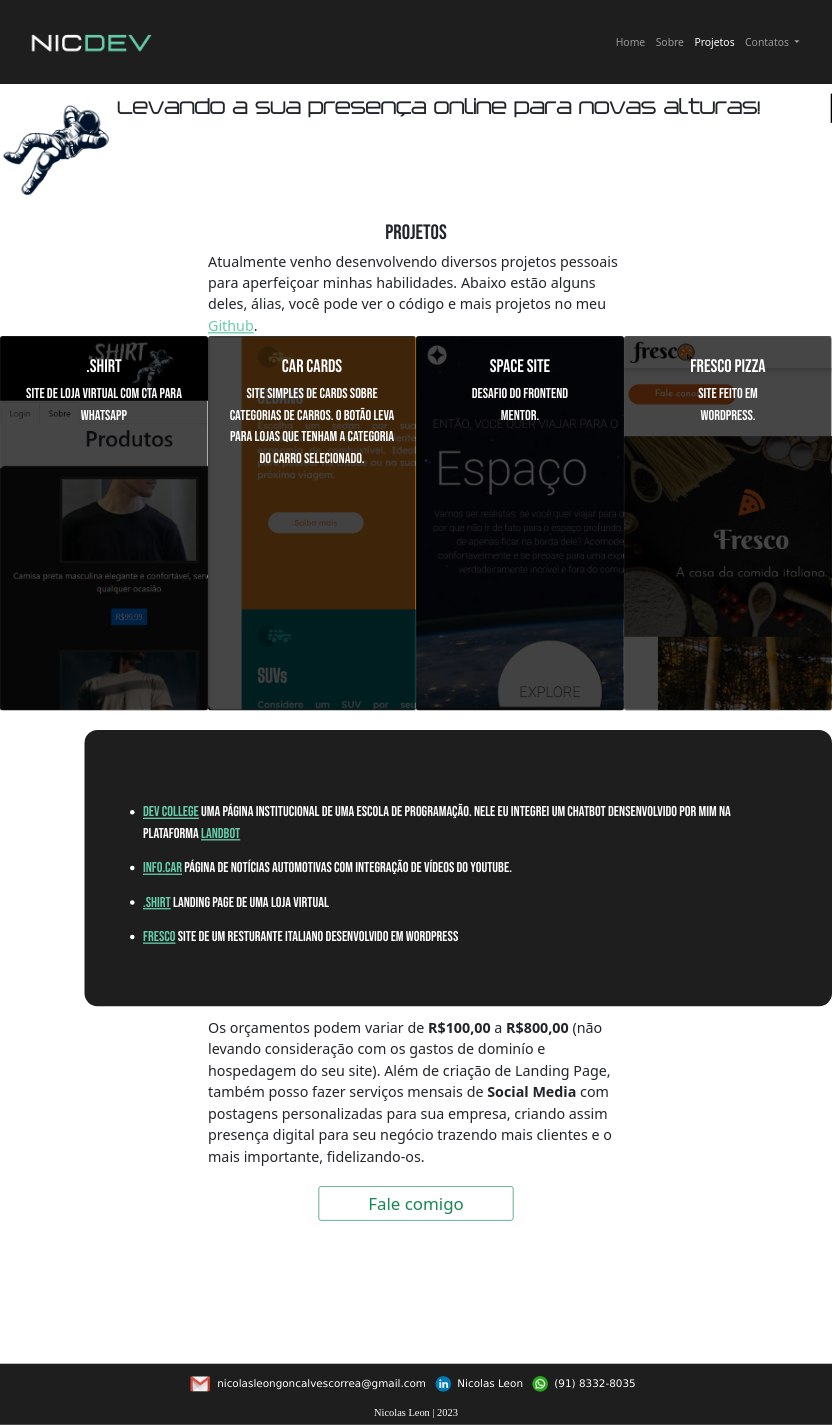
Repository: Leonngc/nicdev
Page: projects.html
The author's editor kept a copy of each file at every save. The page is drawn from the files as they stood at one save, then again after a run of saves.
The browser window is 1280 px wide. The pictures show the whole page, at 65% of full size.

Above is the page before, as saved 2023-06-04 23:13:15.

### projects.html
<!DOCTYPE html>
<html lang="pt-br">
  <head>
    <meta charset="UTF-8" />
    <meta http-equiv="X-UA-Compatible" content="IE=edge" />
    <meta name="viewport" content="width=device-width, initial-scale=1.0" />
    <title>nicdev - Projetos</title>
    <!-- Google tag (gtag.js) -->
<script async src="https://www.googletagmanager.com/gtag/js?id=G-E2XWESC90Y"></script>
<script>
  window.dataLayer = window.dataLayer || [];
  function gtag(){dataLayer.push(arguments);}
  gtag('js', new Date());

  gtag('config', 'G-E2XWESC90Y');
</script>
    <link
      href="https://cdn.jsdelivr.net/npm/bootstrap@5.0.2/dist/css/bootstrap.min.css"
      rel="stylesheet"
      integrity="sha384-EVSTQN3/azprG1Anm3QDgpJLIm9Nao0Yz1ztcQTwFspd3yD65VohhpuuCOmLASjC"
      crossorigin="anonymous"
    />

    <link rel="stylesheet" href="styles/scrollbar.css" />
    <link rel="stylesheet" href="styles/footer.css" />
    <link rel="stylesheet" href="styles/projects.css"/>
    ">
  </head>
  <body>
    <header style="background-color: #1e1e1e; padding: 30px" class="fixed-top">
      <nav class="navbar navbar-expand-lg navbar-dark">
        <div class="container-fluid">
          <a class="navbar-brand" href="index.html"
            ><img
              src="images/nicdev-logo.png"
              alt="logo da NicDev"
              style="width: 200px"
          /></a>
          <button
            class="navbar-toggler"
            type="button"
            data-bs-toggle="collapse"
            data-bs-target="#navbarNavDropdown"
            aria-controls="navbarNavDropdown"
            aria-expanded="false"
            aria-label="Toggle navigation"
          >
            <span class="navbar-toggler-icon"></span>
          </button>
          <div
            class="collapse navbar-collapse justify-content-end"
            id="navbarNavDropdown"
          >
            <ul class="navbar-nav">
              <li class="nav-item">
                <a class="nav-link" href="index.html" target="_parent">Home</a>
              </li>
              <li class="nav-item">
                <a class="nav-link" href="about.html" target="_parent">Sobre</a>
              </li>
              <li class="nav-item">
                <a class="nav-link active disabled" href="#">Projetos</a>
              </li>
              <li class="nav-item dropdown">
                <a
                  class="nav-link dropdown-toggle"
                  href="#"
                  id="navbarDropdownMenuLink"
                  role="button"
                  data-bs-toggle="dropdown"
                  aria-expanded="false"
                >
                  Contatos
                </a>
                <ul
                  class="dropdown-menu"
                  aria-labelledby="navbarDropdownMenuLink"
                >
                  <li>
                    <a class="dropdown-item" href="https://wa.me/91983328035"
                      >WhatsApp
                      <img src="images/whatsapp.png" alt="" class="redes-logo"
                    /></a>
                  </li>
                  <li>
                    <a class="dropdown-item" href="mailto:nicolasleongoncalvescorre@gmail.com?Subject=Interesse%20em%20um%20website&Body=Ola%2C%20vi%20seu%20site%20de%20portfolio%20e%20fiquei%20interessado%20em%20fazer%20um%20or%E7amento.%0A%0A---obs%28Retornarei%20seu%20email%20em%20ate%2030%20minutos%29"
                      >Email
                      <img src="images/gmail (1).png" alt="" class="redes-logo"
                    /></a>
                  </li>
                  <li>
                    <a class="dropdown-item" href="https://www.linkedin.com/in/nicolas-leon-70038921b/"
                      >Linkedin
                      <img src="images/linkedin.png" alt="" class="redes-logo"
                    /></a>
                  </li>
                </ul>
              </li>
            </ul>
          </div>
        </div>
      </nav>
    </header>

  <div class="slogan-container">
    <img src="images/astronauta.png" alt="" class="astronauta"> <p class="slogan">Levando a sua presença online para novas alturas!</p>
  </div>
    <main>
      <h2>Projetos</h2>

      <p>Atualmente venho desenvolvendo diversos projetos pessoais para aperfeiçoar minhas habilidades. Abaixo estão alguns deles, álias, você pode ver o código  e mais projetos no meu <a href="https://github.com/Leonngc" target="_blank">Github</a>.</p>


      <section class="cards-container">
        <div class="card" id="card-0">
          <div class="info-card">
            <h3>.Shirt</h3>
            <p>Site de loja virtual com CTA para WhatsApp</p>
          </div>
        </div>
        <div class="card" id="card-1">
          <div class="info-card">
            <h3>
              Car Cards
            </h3>
            <p>Site simples de cards sobre categorias de carros. O botão leva para lojas que tenham a categoria do carro selecionado.</p>
          </div>
        </div>
        <div class="card" id="card-2">
          <div class="info-card">
            <h3>
              Space Site
            </h3>
            <p>Desafio do Frontend Mentor.</p>
          </div>
        </div>
        <div class="card" id="card-3">
          <div class="info-card">
            <h3>
              Fresco Pizza
            </h3>
            <p>Site feito em Wordpress.</p>
          </div>
        </div>
      </section>




      <ul>
        <li><a href="https://leonngc.github.io/dev-college/" target="_blank">Dev College</a> Uma página institucional de uma escola de programação. Nele eu integrei um chatbot  densenvolvido por mim na plataforma <a href="https://landbot.io/" target="_blank">Landbot</a>
        </li>
        <li>
          <a href="https://leonngc.github.io/projeto-info.car/" target="_blank">Info.Car</a> página de notícias automotivas com integração de vídeos do Youtube.
        </li>

        <li>
          <a href="https://leonngc.github.io/projeto-shirt/" target="_blank">.Shirt</a> Landing Page de uma loja virtual
        </li>

        <li>
          <a href="https://pizzasitewp.netlify.app/" target="_blank">Fresco</a> Site de um resturante italiano desenvolvido em Wordpress
        </li>

      </ul>

      <p>Os orçamentos podem variar de <strong>R$100,00</strong> a <strong>R$800,00</strong> (não levando consideração com os gastos de dominío e hospedagem do seu site). Além de criação de Landing Page, também posso fazer serviços mensais de <strong>Social Media</strong> com postagens personalizadas para sua empresa, criando assim presença digital para seu negócio trazendo mais clientes e o mais importante, fidelizando-os.</p>
      <a href="https://wa.me/91983328035" target="_blank"><button type="button" class="btn btn-outline-success" style="width: 300px; font-size: 26px; margin-bottom: 20px; margin-top: 30px;">Fale comigo</button></a>
    </main>

    <footer>
      <p><img src="images/gmail.png" alt=""><a href="mailto:nicolasleongoncalvescorre@gmail.com?Subject=Interesse%20em%20um%20website&Body=Ola%2C%20vi%20seu%20site%20de%20portfolio%20e%20fiquei%20interessado%20em%20fazer%20um%20or%E7amento.%0A%0A---obs%28Retornarei%20seu%20email%20em%20ate%2030%20minutos%29">nicolasleongoncalvescorrea@gmail.com</a> <img src="images/linkedin.png" alt=""><a href="https://www.linkedin.com/in/nicolas-leon-70038921b/">Nicolas Leon</a> <img src="images/whatsapp.png" alt=""><a href="https://wa.me/91983328035" target="_blank">(91) 8332-8035</a></p>
      <p class="rights">Nicolas Leon | 2023</p>
    </footer>
    <script
      src="https://cdn.jsdelivr.net/npm/bootstrap@5.0.2/dist/js/bootstrap.bundle.min.js"
      integrity="sha384-MrcW6ZMFYlzcLA8Nl+NtUVF0sA7MsXsP1UyJoMp4YLEuNSfAP+JcXn/tWtIaxVXM"
      crossorigin="anonymous"
    ></script>
  </body>
</html>

### styles/scrollbar.css
body{
    overflow-x: hidden;
}
body::-webkit-scrollbar {
    width: 6px;               /* width of the entire scrollbar */
  }

  body::-webkit-scrollbar-track {
    background: rgb(5, 5, 5);        /* color of the tracking area */
  }

  body::-webkit-scrollbar-thumb {
    background-color: #4BC6B9;    /* color of the scroll thumb */
    border-radius: 20px;       /* roundness of the scroll thumb */
  }

  .redes-logo{
    width: 30px;
    padding: 6px;
  }

### styles/footer.css
footer{
    background-color: #1e1e1e;;
    text-align: center;
    margin-top: 200px;
    padding: 15px;
    height: 13vh;
}

footer > p  a{
    padding: 10px;
    text-decoration: none;
    color: white;
    font-family: 'Lucida Sans', 'Lucida Sans Regular', 'Lucida Grande', 'Lucida Sans Unicode', Geneva, Verdana, sans-serif;
}

footer > p > a:hover{
    color: #66CDAA;
    transition: 1s;
}

.rights{
    color: white;
    font-family: 'Times New Roman', Times, serif;
}
 @media screen and (max-width:900px) {
    footer{
        margin-top: 100px;
        height: 16vh;
        word-wrap: break-word;
    }
    footer > p > a{
        color: #d1d5d4;
    }
 }

### styles/projects.css
@import url('https://fonts.googleapis.com/css2?family=Bebas+Neue&display=swap'); /* CDN GOOGLE  FONT */
@import url('https://cdn-uicons.flaticon.com/uicons-solid-straight/css/uicons-solid-straight.css'); /* CDN ICON*/
@font-face {
    font-family: Lastica;
    src: url(../fonts/instrg.ttf);
}

@keyframes typewriter {
    from {
      width: 0%;
    }
    to {
      width: 50%;
    }
  }
  @keyframes blink {
    from {
      border-color: black;
    }
    to {
      border-color: transparent;
    }
  }

*{
    max-width: 100vw;
}

:root{
 --bebas-neue : 'Bebas Neue', cursive;
}

body{
    max-width: 100vw;
    overflow-x: hidden;
}

main{
    margin-top: 150px;
    text-align: center;
}

.slogan-container{
  margin-top: 120px;
}


.slogan{
    font-family: Lastica, sans-serif;
    font-weight: bold;
    font-size: 30px;
    overflow: hidden;
    animation: typewriter 2s steps(15) alternate,
      blink 800ms steps(15)  normal;
    border-right: 2px solid black;
}

.astronauta{
    width: 180px;
    float: left;
}

h2{
    font-family: var(--bebas-neue);
    text-align: center
}

main > p{
    text-align: start;
    margin: auto;
    width: 50vw;
    font-size: 22px;
}

main > ul{
    font-family: var(--bebas-neue);
    font-size: 22px;
    margin-left: 130px;
    margin-top: 30px;
    background-color: #1e1e1e;
    color: white;
    padding: 90px;
    border-radius: 20px;
    text-align: left;
}

main a{
    color: #66CDAA;
}

main > ul > li{
  margin-top: 20px;
}

li > img{
    width: 600px;
    padding: 50px;
}

.cards-container{
  display: flex;
  flex-wrap: wrap;
  justify-content: space-around;
}

.card{
  background-color: #1e1e1e;
  align-items: center;
  width: 25vw;
  height: 80vh;
}

#card-0{
  background-image: url(../images/2023-06-04\ \(1\).png);
  background-repeat: no-repeat;
  background-size: cover;
  box-shadow: inset 0 0 0 50vw rgba(0, 0, 0, 0.727);
}
#card-1{
  background-image: url(../images/carcards.png);
  background-repeat: no-repeat;
  background-size: cover;
  box-shadow: inset 0 0 0 50vw rgba(0, 0, 0, 0.727);
}
#card-2{
  background-image: url(../images/spacesite.png);
  background-repeat: no-repeat;
  background-size: cover;
  box-shadow: inset 0 0 0 50vw rgba(0, 0, 0, 0.727);
}

#card-3{
  background-image: url(../images/frescosite.png);
  background-repeat: no-repeat;
  background-size: cover;
  box-shadow: inset 0 0 0 50vw rgba(0, 0, 0, 0.727);
}

.info-card{
  color: white;
  font-family: var(--bebas-neue);
  text-align: center;
  padding: 30px 0 30px;
}

.info-card > p{
  width: 80%;
  margin: auto;
  font-size: 22px;
}

@media screen and (max-width:900px){
    .astronauta{
        width: 100px;
    }
    .slogan{
        font-size: 12px;
        padding: 20px;
    }
    h2{
    margin: auto;
    }
    main{
      margin-top: 100px;
    }
   main > p{
    width: 90vw;
   }

   main > ul{
    margin: auto;
    margin-top: 30px;
    margin-bottom: 30px;
    font-size: 18px;
    padding: 30px;
   }

   main > ul > li{
    padding: 16px;
   }
}

After the next 2 saves:
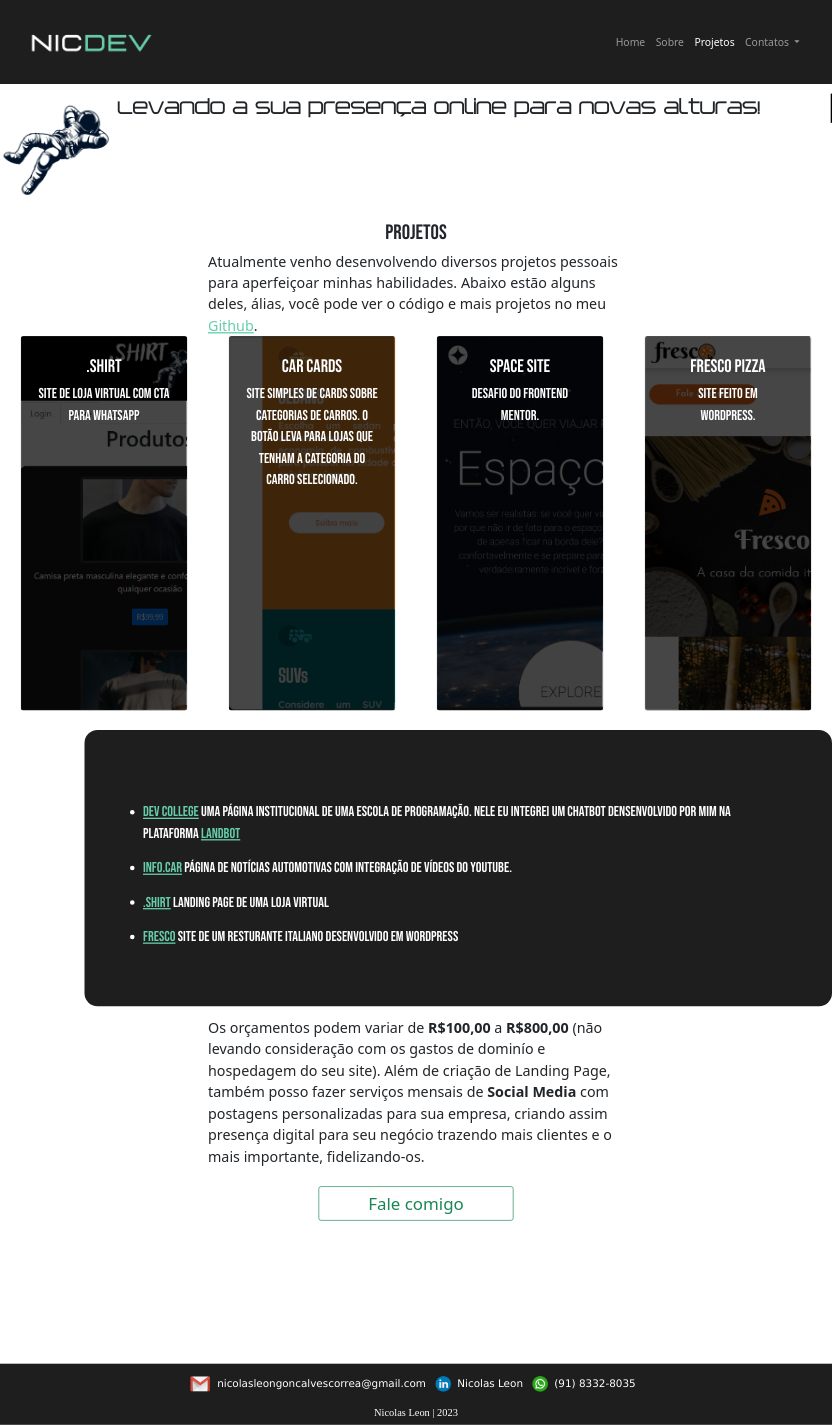
The 2 saves are shown as one change because they came seconds apart.
The last was saved 6 s later.
--- a/styles/projects.css
+++ b/styles/projects.css
@@ -106,7 +106,7 @@ li > img{
 .card{
   background-color: #1e1e1e;
   align-items: center;
-  width: 25vw;
+  width: 20vw;
   height: 80vh;
 }
 
